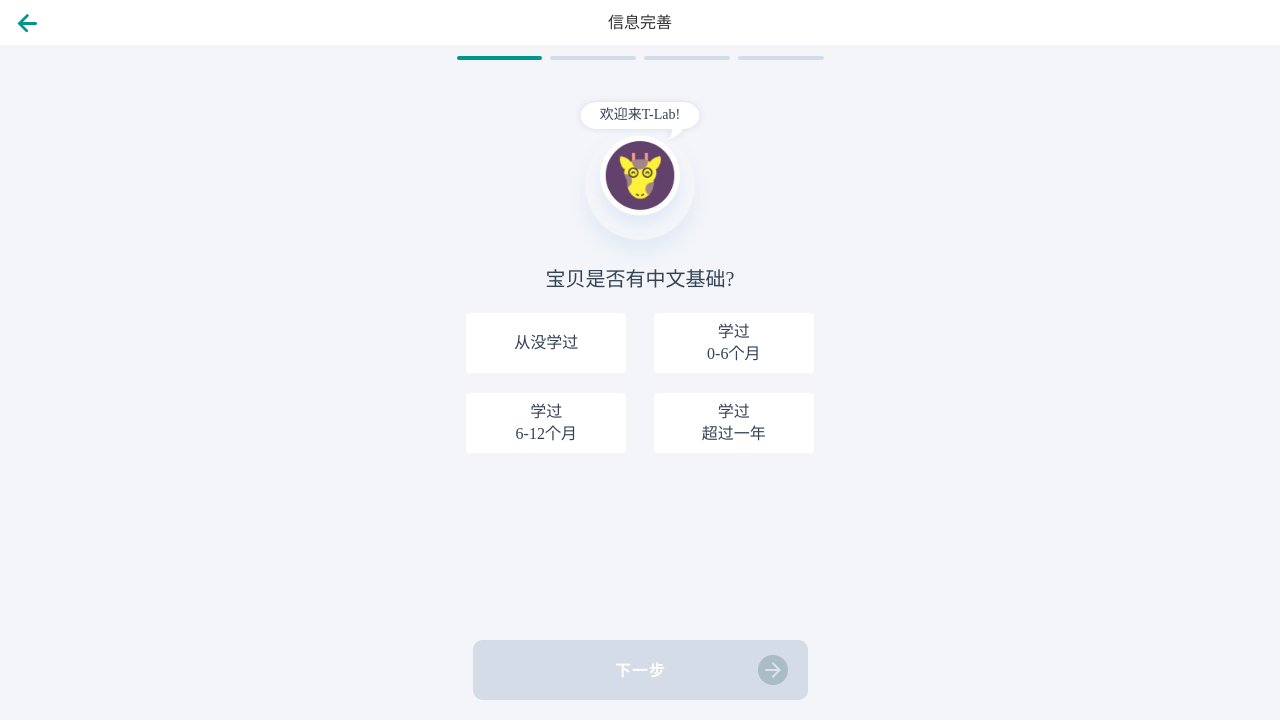
Repository: huangjf1/1
Page: /
The author's editor kept a copy of each file at every save. The page is drawn from the files as they stood at one save, then again after the next save.
The browser window is 1280 px wide. The pictures show the whole page.
The project was rebuilt for these pictures with package versions that can differ from the ones it lists, and the page was loaded fresh each time. Also part of the build but not shown: vue.config.js.

Above is the page before, as saved 2021-08-24 12:12:07.

### src/main.js
import { createApp } from 'vue'
import { NavBar, Swipe, SwipeItem, Picker, Field, Popup } from 'vant';
import App from './App.vue'
import router from './router'
import less from 'less'
import "lib-flexible/flexible.js"
import 'vant/lib/index.css';
const app = createApp(App)
app.use(router)
app.use(less)
app.use(NavBar)
app.use(Swipe)
app.use(Picker)
app.use(Field)
app.use(SwipeItem)
app.use(Popup)
app.mount('#app')

### src/App.vue
<template>
  <div id="app">
    <router-view></router-view>
  </div>
</template>

<script>
export default {
  name: 'App',
}
</script>
<style>
*{
  margin: 0;
  padding: 0;
  font-family: Montserrat,PingFang,Microsoft YaHei;
}
#app {
  width: 100%;
  height: 100%;
  position: absolute;
  left: 0;
  right: 0;
  top: 0;
  bottom: 0;
}
</style>

### src/router/index.js
import { createRouter, createWebHashHistory } from 'vue-router'
const router = createRouter({
  history: createWebHashHistory(),
  routes: [
    {
      path: '/',
      name: '/',
      redirect: '/index'
    },
    {
    path: '/index',
    name: 'index',
    component: () => import('@/views/index.vue'),
    meta: {
      index: 1
    }
  },]
})
export default router

### src/views/index.vue

<template>
  <div class="content">
    <van-nav-bar title="信息完善" left-arrow @click-left="onClickLeft">
      <template #left>
        <img class="backIcon" src="@/assets/image/back.png" alt="">
      </template>
    </van-nav-bar>
    <div class="tabs">
      <div :class="initIndex>=0?'currentTab':''"></div>
      <div :class="initIndex>=1?'currentTab':''"></div>
      <div :class="initIndex>=2?'currentTab':''"></div>
      <div :class="initIndex>=3?'currentTab':''"></div>
      <!-- <div :class="initIndex==4?'currentTab':''"></div> -->
    </div>
    <div class="my-swipe">
      <van-swipe ref="swipe"  indicator-color="transparent" :touchable="false">
        <!-- 是否有中文基础 -->
        <van-swipe-item class="pageFour">
          <div class="select-chines">
            <div class="message-info">欢迎来T-Lab!</div>
            <img class="avatar" src="@/assets/image/avatar.png">
            <p>宝贝是否有中文基础?</p>
            <div class="select-list-box">
              <div @click="selectChines!=0?selectChines=0:selectChines=null" class="select-list" :class="selectChines==0?'current-select-list':''">
                从没学过
              </div>
              <div @click="selectChines!=1?selectChines=1:selectChines=null" class="select-list" :class="selectChines==1?'current-select-list':''">
                <p>学过</p>
                <p>0-6个月</p>
              </div>
              <div @click="selectChines!=2?selectChines=2:selectChines=null" class="select-list" :class="selectChines==2?'current-select-list':''">
                <p>学过</p>
                <p>6-12个月</p>
              </div>
              <div @click="selectChines!=3?selectChines=3:selectChines=null" class="select-list" :class="selectChines==3?'current-select-list':''">
                <p>学过</p>
                <p>超过一年</p>
              </div>
            </div>
          </div>
          <div class="btn" @click="next(1)" v-show="selectChines!=null"></div>
          <div class="btn-gray" v-show="selectChines==null"></div>
        </van-swipe-item>
        <!-- 学习中文的侧重点 -->
        <van-swipe-item class="pageFour">
          <div class="select-chines">
            <img class="avatar" src="@/assets/image/avatar.png">
            <p>宝贝学习中文的侧重点? (可多选)</p>
            <div class="select-list-box">
              <div class="select-list" @click="selectList(item, index)" :class="item.check==true?'current-select-list':''" v-for="(item, index) in list" :key="index">
                {{item.text}}
              </div>
            </div>
          </div>
          <div class="btn" @click="next(2)" v-show="list.some(item => item.check === true)"></div>
          <div class="btn-gray" v-show="!list.some(item => item.check === true)"></div>
        </van-swipe-item>
        <!-- 选择出生年月 -->
        <van-swipe-item class="pageThree">
          <div class="select-age">
            <img class="avatar" src="@/assets/image/avatar.png">
            <p>宝贝哪年出生?</p>
            <van-field
              v-model="result"
              is-link
              readonly
              placeholder="请选择"
              @click="showPicker = true"
              arrow-direction='down'
              input-align='center'
              :border='false'
            />
            <div class="age-desc">我们会根据孩子不同的年龄推荐相应的体验课程</div>

          </div>
          <div class="btn" @click="next(3)" v-show="result"></div>
          <div class="btn-gray" v-show="!result"></div>
        </van-swipe-item>
        <!-- 输入昵称 -->
        <van-swipe-item class="pageOne">
          <div class="pageOneDesc">
            <img class="avatar" src="@/assets/image/avatar.png">
            <div class="nameDesc">点击输入宝贝昵称</div>
            <input @input="changeText" v-model="name" type="text" placeholder="请输入">
            <div class="message" :class="firstShow?'messageColor':''">最多14个英文字符或7个汉字</div>
          </div>
          <div class="btn btn-success" v-show="!firstShow"></div>
          <div class="btn-gray" v-show="firstShow"></div>
        </van-swipe-item>
        <!-- 选择性别 -->
        <!-- <van-swipe-item class="pageTwo">
          <div class="selectSex">
            <div class="man" @click="selectSex!=1?selectSex=1:selectSex=''">
              <img class="manImg" src="@/assets/image/man.png">
              <img class="checkImg" v-show="selectSex==1" src="@/assets/image/checked.png">
            </div>
            <div class="andText">或</div>
            <div class="woman" @click="selectSex!=2?selectSex=2:selectSex=''">
              <img class="womanImg" src="@/assets/image/woman.png">
              <img class="checkImg" v-show="selectSex==2" src="@/assets/image/checked.png">
            </div>
          </div>
          <div class="btn" @click="next(2)" v-show="selectSex!=''"></div>
          <div class="btn-gray" v-show="selectSex==''"></div>
        </van-swipe-item> -->
      </van-swipe>
    </div>
    <van-popup v-model:show="showPicker" round position="bottom">
      <van-picker
        show-toolbar
        :columns="columns"
        @cancel="showPicker = false"
        @confirm="onConfirm"
        confirm-button-text="确定"
        confirm-color='red'
      />
    </van-popup>
  </div>
</template>
<script>
import { ref, onMounted } from 'vue'
export default {
  components: {

  },
  setup () {
    let initIndex = ref(0)
    let name = ref('')
    let selectChines = ref(null)
    let swipe = ref('')
    let firstShow = ref(true)
    let selectSex = ref('')
    let date = new Date()
    let year = date.getFullYear()
    console.log(year)
    const columns = []
    for (var i = 2000;i<=year;i++){
      columns.unshift({
        text: i
      })
    }
    // 侧重点列表
    const list = ref([
      { text: '拼音', check: false },
      { text: '听力', check: false },
      { text: '阅读', check: false },
      { text: '口语', check: false}
    ])
    const result = ref('');
    const showPicker = ref(false);
    const onConfirm = (value) => {
      result.value = value.text;
      showPicker.value = false;
    };
    // 返回
    const onClickLeft = () => {
      if (initIndex.value>0){
        swipe.value.prev()
        initIndex.value -= 1
      }
    }
    const selectList = (item) => {
      item.check = !item.check
    }
    const changeText = () => {
      /*eslint-disable*/
      let len = name.value.replace(/[^\x00-\xFF]/g,'**').length
      if (len<=14 && len>0) {
        firstShow.value = false
      } else {
        firstShow.value = true
      }
    }
    const next = (index) => {
      if (initIndex.value<4){
        swipe.value.next()
        initIndex.value = index
      }
    }
    onMounted (()=>{

    })
    return {
      initIndex,
      swipe,
      firstShow,
      columns,
      result,
      showPicker,
      list,
      selectChines,
      name,
      changeText,
      selectSex,
      onClickLeft,
      onConfirm,
      selectList,
      next
    }
  }
}
</script>
<style scoped lang="less">
 .content {
   width: 100%;
   height: 100%;
   margin: 0 auto;
   display: flex;
   flex-direction: column;
   background: #f3f5f9;
   .backIcon {
     width: 24px;
     height: 24px;
   }
   .my-swipe {
      flex: 1;
      .van-swipe {
       height: 100%;
      }
      .van-swipe-item {
       color: #fff;
       font-size: 20px;
       text-align: center;
      }
      /deep/.van-swipe__indicators {
        display: none;
      }
      .pageOne {
        position: relative;
        display: flex;
        flex-direction: column;
        .pageOneDesc{
          flex: 1;
        }

        .nameDesc {
          text-align: center;
          color: #344356;
          font-size: 16px;
          font-weight: 600;
          font-family: PingFang HK;
          margin-top: 25px;
        }
        input {
          width: 335px;
          height: 16px;
          line-height: 16px;
          background: #FFFFFF;
          padding: 17px 0;
          border-radius: 10px;
          border: none;
          outline: none;
          font-size: 16px;
          text-align: center;
          margin-top: 19px;
          color: #344356;
        }
        .message {
          color: #344356;
          font-size: 14px;
          margin-top: 10px;
          &.messageColor {
            color: #FF7044;
          }
        }

      }
      .pageTwo {
        position: relative;
        display: flex;
        flex-direction: column;
        .selectSex {
          width: 140px;
          height: 340px;
          margin: 100px auto 0;
          flex: 1;
          .man,.woman {
            width: 140px;
            height: 140px;
            background: #FFFFFF;
            position: relative;
            cursor: pointer;
            .manImg{
              width: 56px;
              height: 59px;
              position: absolute;
              left: 0;
              top: 0;
              bottom: 0;
              right: 0;
              margin: auto;
            }
            .womanImg {
              width: 62px;
              height: 58px;
              position: absolute;
              left: 0;
              top: 0;
              bottom: 0;
              right: 0;
              margin: auto;
            }
            .checkImg {
              width: 22px;
              height: 22px;
              position: absolute;
              right: 5px;
              top: 5px;
            }
          }
          .andText {
            height: 60px;
            line-height: 60px;
            color: #344356;
            text-align: center;
            font-size: 16px;
          }
        }
      }
      .pageThree {
        display: flex;
        flex-direction: column;
        .select-age {
          width: 335px;
          flex: 1;
          margin: 0 auto;
          >p{
            color: #344356;
            font-size: 20px;
            margin-top: 20px;
            font-family: PingFang HK;
            font-style: normal;
            font-weight: 500;
            margin-bottom: 25px;
          }
          .age-desc {
            color: #5a6776;
            font-family: PingFang HK;
            font-style: normal;
            font-weight: normal;
            font-size: 14px;
            line-height: 20px;
            margin-top: 20px;
          }
          .van-field {
            border-radius: 5px;
          }
          /deep/ .van-popup--bottom {
            width: 375px;
            left: 0;
            right: 0;
            margin: auto;
            bottom: 0;
          }
          /deep/ .van-picker__toolbar {
            color: gray;
          }
          /deep/ .van-picker__confirm {
            color: #344356
          }
        }
      }
      .pageFour {
        width: 375px;
        margin: 0 auto;
        display: flex;
        flex-direction: column;
        .select-chines {
          flex: 1;
          width: 375px;
          margin: 0 auto;
          position: relative;
          .message-info {
            width: 136px;
            height: 52px;
            position: absolute;
            background: url('~@/assets/image/Union.png') no-repeat;
            background-size: 100% 100%;
            left: 0;
            right: 0;
            margin: auto;
            top: 35px;
            font-family: PingFang HK;
            font-style: normal;
            font-weight: 500;
            font-size: 14px;
            line-height: 40px;
            color: #344356;
          }
          >p {
            font-family: PingFang HK;
            font-style: normal;
            font-weight: 500;
            font-size: 20px;
            line-height: 28px;
            color: #344356;
            margin-top: 20px;
          }
          .select-list-box {
            display: flex;
            flex-wrap: wrap;
            justify-content: space-around;
          }
          .select-list {
            width: 160px;
            height: 60px;
            display: flex;
            flex-direction: column;
            align-items: center;
            background: white;
            font-family: PingFang HK;
            font-style: normal;
            font-weight: 500;
            font-size: 16px;
            line-height: 22px;
            display: flex;
            justify-content: center;
            text-align: center;
            color: #344356;
            border-radius: 4px;
            margin-top: 20px;
            &.current-select-list {
              background: #088384;
              color: white;
            }
          }
        }
      }
      .avatar {
        width: 110px;
        height: 110px;
        border-radius: 50%;
        box-shadow: 0px 12px 19px rgba(60, 128, 209, 0.0851449);
        margin-top: 70px;
      }
      .btn {
        width: 335px;
        height: 60px;
        background: url('../assets/image/button.png') no-repeat;
        background-size: 100% 100%;
        cursor: pointer;
        margin: 0 auto 20px;
      }
      .btn-success {
        background: url('../assets/image/success.png') no-repeat;
        background-size: 100% 100%;
      }
      .btn-gray {
        width: 335px;
        height: 60px;
        background: url('../assets/image/button_gray.png') no-repeat;
        background-size: 100% 100%;
        cursor: pointer;
        margin: 0 auto 20px;
      }
   }
   .tabs {
     width: 375px;
     height: 4px;
     display: flex;
     justify-content: space-around;
     margin: 10px auto 0;
     div{
       height: 4px;
       flex: 1;
       background: #D4DCE7;
       border-radius: 26px;
       margin: 0 4px;
     }
     .currentTab {
       background: #00968E;
     }
   }
 }

</style>

Loaded but not shown: public/index.html (common file)

After the next save:
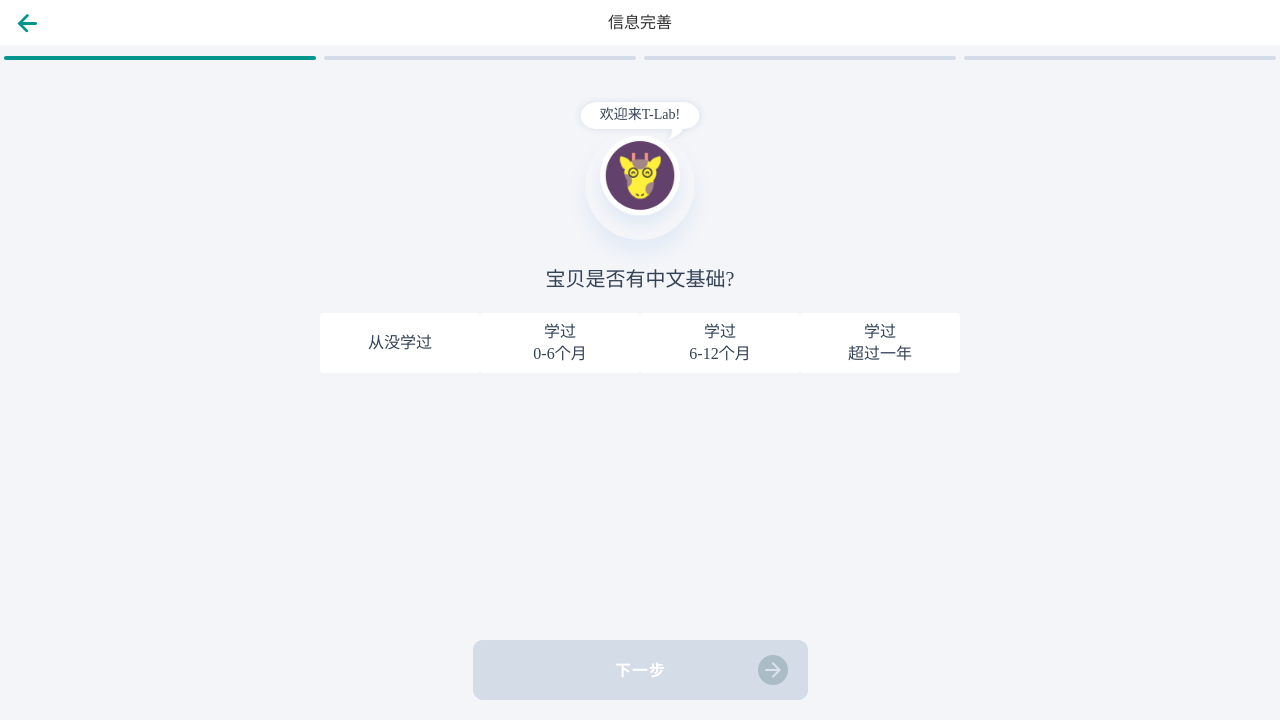
Saved 117 s later.
--- a/src/views/index.vue
+++ b/src/views/index.vue
@@ -347,7 +347,7 @@ export default {
             border-radius: 5px;
           }
           /deep/ .van-popup--bottom {
-            width: 375px;
+            max-width: 1024px;
             left: 0;
             right: 0;
             margin: auto;
@@ -362,13 +362,13 @@ export default {
         }
       }
       .pageFour {
-        width: 375px;
+        max-width: 1024px;
         margin: 0 auto;
         display: flex;
         flex-direction: column;
         .select-chines {
           flex: 1;
-          width: 375px;
+          max-width: 1024px;
           margin: 0 auto;
           position: relative;
           .message-info {
@@ -456,7 +456,7 @@ export default {
       }
    }
    .tabs {
-     width: 375px;
+     width: 100%;
      height: 4px;
      display: flex;
      justify-content: space-around;
